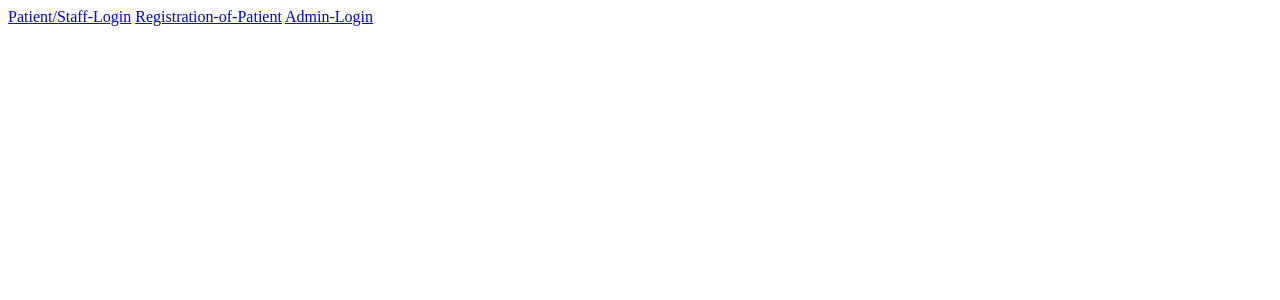
Repository: anujsoni10001/JSP-Servlet
Page: http://localhost/Minor/staff-patient.jsp
These files come from the project's save history. The page is drawn as it stood at one moment and after the next save; the edit follows.
The browser window is 1280 px wide. The pictures show the whole page.
The page is served by Tomcat 9. Other server files are loaded and not shown. Queries for data that is not in the repository find no rows.

Above is the page before, as saved 2019-03-23 05:21:22.

### FinalProject/minor - Copy/Minor/WebContent/staff-patient.jsp
<%
RequestDispatcher rd=request.getRequestDispatcher("");
rd.include(request,response);
%>

### FinalProject/minor - Copy/Minor/WebContent/index.html
<!DOCTYPE html>
<html>
<head>
<meta charset="ISO-8859-1">
<title>Insert title here</title>
</head>
<body>
<a href="Login.html">Patient/Staff-Login</a>
<a href="register.html">Registration-of-Patient</a>
<a href="adminlogin.html">Admin-Login</a>
</body>
</html>

### FinalProject/minor - Copy/Minor/WebContent/patientrecord.jsp
<%@page import="pp.RegisteredDao"%>
<%@ page language="java" contentType="text/html; charset=ISO-8859-1"
    pageEncoding="ISO-8859-1"%>
<!DOCTYPE html PUBLIC "-//W3C//DTD HTML 4.01 Transitional//EN" "http://www.w3.org/TR/html4/loose.dtd">
<html>
<head>
<meta http-equiv="Content-Type" content="text/html; charset=ISO-8859-1">
<title>Insert title here</title>
</head>
<h2>Patients Record..</h2>
<body>
<%
pp.RegisteredDao rd=new RegisteredDao();
java.util.ArrayList<pp.PatientAccountBean> a1=rd.ShowallPatient();
%>
<table border=1>
<tr>
<th>Account-Id</th>
<th>First-Name</th>
<th>Last-Name</th>
<th>Email</th>
<th>Telephone</th>
<th>Address</th>
</tr>
<%
for(pp.PatientAccountBean p:a1)
{
%>
<tr>
<td><%=p.getAccountId()%></td>
<td><%=p.getFirstName()%></td>
<td><%=p.getLastName()%></td>
<td><%=p.getEmail()%></td>
<td><%=p.getTelephone()%></td>
<td><%=p.getAddress()%></td>
<td><a href="staff-patient.jsp?a_id=<%=p.getAccountId()%>&fname=<%=p.getFirstName()%>&lname=<%=p.getLastName()%>&email=<%=p.getEmail()%>&telephone=<%=p.getTelephone()%>&address=<%=p.getAddress()%>">Update</a></td>
<td><a href="delete_patient.jsp?a_id=<%=p.getAccountId()%>">Delete</a></td>
</tr>
<%
}
%>
</table>
</body>
</html>

### FinalProject/minor - Copy/Minor/src/pp/RegisteredDao.java
package pp;
import java.sql.*;
import pp.PatientAccountBean;

public class RegisteredDao {
Connection con;
public Connection getConnect() throws ClassNotFoundException, SQLException
{
Class.forName("com.mysql.cj.jdbc.Driver");
con=DriverManager.getConnection("jdbc:mysql://localhost:3306/minor","root","root");
return con;
}
public java.util.ArrayList<PatientAccountBean> ShowPro(String email) throws ClassNotFoundException, SQLException
{
java.util.ArrayList<PatientAccountBean> a1=new java.util.ArrayList<pp.PatientAccountBean>();
con=getConnect();
String qr="select * from accounts where Email=?";
PreparedStatement ps=con.prepareStatement(qr);
ps.setString(1,email);
ResultSet rs=ps.executeQuery();
while(rs.next())
{
pp.PatientAccountBean p=new pp.PatientAccountBean();
p.setFirstName(rs.getString("FirstName"));
p.setLastName(rs.getString("LastName"));
p.setTelephone(rs.getString("Telephone"));
p.setAddress(rs.getString("Address"));
p.setAccountId(rs.getInt("AccountId"));
a1.add(p);
}
con.close();
return a1;
}
public int update(PatientAccountBean p) throws ClassNotFoundException, SQLException
{
int i=0;
con=getConnect();
///Remember Query///
//update table tablename -XXXX...//
//Wrong Syntax Putted...in the Mid-Sam-Exam//
String qr="update accounts set LastName=?,FirstName=?,Telephone=?,Address=? where Email=?";
PreparedStatement ps=con.prepareStatement(qr);
ps.setString(1,p.getLastName());
ps.setString(2,p.getFirstName());
ps.setString(3,p.getTelephone());
ps.setString(4,p.getAddress());
ps.setString(5,p.getEmail());
i=ps.executeUpdate();
con.close();
return i;
}
public java.util.ArrayList<Doctor> ShowPro() throws ClassNotFoundException, SQLException
{
java.util.ArrayList<Doctor> a1=new java.util.ArrayList<pp.Doctor>();
con=getConnect();
String qr="select * from doctor";
Statement st=con.createStatement();
ResultSet rs=st.executeQuery(qr);
while(rs.next())
{
pp.Doctor p=new pp.Doctor();
p.setDoctorId(rs.getInt("DoctorId"));
a1.add(p);
}
con.close();
return a1;
}
public java.util.ArrayList<Doctor> ShowPro(int id) throws ClassNotFoundException, SQLException
{
java.util.ArrayList<Doctor> a1=new java.util.ArrayList<pp.Doctor>();
con=getConnect();
String qr="select * from doctor,specialty,hospital where doctor.SpecialtyId=specialty.SpecialtyId and DoctorId=? and doctor.HospitalId=hospital.HospitalId";
PreparedStatement ps=con.prepareStatement(qr);
ps.setInt(1,id);
ResultSet rs=ps.executeQuery();
while(rs.next())
{
pp.Doctor p=new pp.Doctor();
p.setDcotorName(rs.getString("DcotorName"));
p.setDescription(rs.getString("Description"));
p.setHospitalName(rs.getString("HospitalName"));
p.setHospitalId(rs.getString("HospitalId"));
p.setYearOfExperience(rs.getInt("YearOfExperience"));
a1.add(p);
}
con.close();
return a1;
}
public int addPro(pp.Appointment a) throws ClassNotFoundException, SQLException
{
int i=0;
con=getConnect();
 ///Remember Query///
//insert table tablename -XXXX...Wrong//
//Wrong Syntax Putted...in the Mid-Sam-Exam//
String qr="insert into Appointment(DoctorId,HospitalId,Date,BookedbyAccountId,Status) values(?,?,?,?,?)";
PreparedStatement ps=con.prepareStatement(qr);
ps.setString(1,a.getDoctorId());
ps.setString(2,a.getHospitalId());
ps.setString(3,a.getDate());
ps.setInt(4,a.getAppointmentId());
ps.setString(5,a.getStatus());
i=ps.executeUpdate();
con.close();
return i;
}
public java.util.ArrayList<pp.Appointment> ShowAppoint(int bbyid) throws ClassNotFoundException, SQLException
{
java.util.ArrayList<pp.Appointment> a1=new java.util.ArrayList<pp.Appointment>();
con=getConnect();
String qr="select * from Appointment,doctor,Accounts,Hospital where Appointment.DoctorId=doctor.DoctorId and AccountId=BookedByAccountId and doctor.HospitalId=Hospital.HospitalId and BookedbyAccountId=?";
PreparedStatement ps=con.prepareStatement(qr);
ps.setInt(1,bbyid);
ResultSet rs=ps.executeQuery();
while(rs.next())
{
pp.Appointment a=new Appointment();
a.setAppointmentId(rs.getInt("AppointmentId"));
a.setHospitalName(rs.getString("HospitalName"));
a.setDoctorName(rs.getString("DcotorName"));
a.setDate(rs.getString("Date"));
a.setStatus(rs.getString("Status"));
a.setChargesRM(rs.getDouble("ChargesRM"));
a1.add(a);
}
con.close();
return a1;
}
public int updateAppoint(pp.Appointment a) throws ClassNotFoundException, SQLException
{
int i=0;
con=getConnect();
///Remember Query///
//update table tablename -XXXX...//
//Wrong Syntax Putted...in the Mid-Sam-Exam//
String qr="update appointment set DoctorId=?,HospitalId=?,Date=?,BookedbyAccountId=? where AppointmentId=?";
PreparedStatement ps=con.prepareStatement(qr);
ps.setString(1,a.getDoctorId());
ps.setString(2,a.getHospitalId());
ps.setString(3,a.getDate());
ps.setInt(4,a.getBookedbyAccountId());
ps.setInt(5,a.getAppointmentId());
i=ps.executeUpdate();
con.close();
return i;
}
public int delete(Appointment a) throws ClassNotFoundException, SQLException
{
int i=0;
con=getConnect();
///Remember Query///
//delete table tablename -XXXX...Wrong//
//Wrong Syntax Putted...in the Mid-Sam-Exam//
String qr="delete from Appointment where AppointmentId=?";
PreparedStatement ps=con.prepareStatement(qr);
ps.setInt(1,a.getAppointmentId());
i=ps.executeUpdate();
con.close();
return i;
}
public boolean VerifyCard(Creditcard c) throws ClassNotFoundException, SQLException
{
con=getConnect();
String qr="select * from creditcard where CardNo=? and ExpiryDate=? and SecurityCode=? and CardType=?";

PreparedStatement ps=con.prepareStatement(qr);
ps.setString(1,c.getCardNo());
ps.setString(2,c.getExpiryDate());
ps.setString(3,c.getSecurityCode());
ps.setString(4,c.getCardType());
ResultSet rs=ps.executeQuery();
if(rs.next())
{
con.close();
return true;
}
else
{
con.close();
return false;
}
}
public int updateAppointStatus(pp.Appointment a) throws ClassNotFoundException, SQLException
{
int i=0;
con=getConnect();
///Remember Query///
//update table tablename -XXXX...//
//Wrong Syntax Putted...in the Mid-Sam-Exam//
String qr="update appointment set Status=? where AppointmentId=?";
PreparedStatement ps=con.prepareStatement(qr);
ps.setString(1,a.getStatus());
ps.setInt(2,a.getAppointmentId());
i=ps.executeUpdate();
con.close();
return i;
}
public java.util.ArrayList<pp.Appointment> ShowCompletedAppoint(int bbyid) throws ClassNotFoundException, SQLException
{
java.util.ArrayList<pp.Appointment> a1=new java.util.ArrayList<pp.Appointment>();
con=getConnect();
String qr="select * from Appointment,doctor,Accounts,Hospital where Appointment.DoctorId=doctor.DoctorId and AccountId=BookedByAccountId and doctor.HospitalId=Hospital.HospitalId and BookedbyAccountId=? and Status='Completed'";
PreparedStatement ps=con.prepareStatement(qr);
ps.setInt(1,bbyid);
ResultSet rs=ps.executeQuery();
while(rs.next())
{
pp.Appointment a=new Appointment();
a.setAppointmentId(rs.getInt("AppointmentId"));
a.setHospitalName(rs.getString("HospitalName"));
a.setDoctorName(rs.getString("DcotorName"));
a.setDate(rs.getString("Date"));
a.setStatus(rs.getString("Status"));
a.setChargesRM(rs.getDouble("ChargesRM"));
a1.add(a);
}
con.close();
return a1;
}
public int addPro(pp.Rating r) throws ClassNotFoundException, SQLException
{
int i=0;
con=getConnect();
 ///Remember Query///
//insert table tablename -XXXX...Wrong//
//Wrong Syntax Putted...in the Mid-Sam-Exam//
String qr="insert into rating values(?,?)";
PreparedStatement ps=con.prepareStatement(qr);
ps.setString(1,r.getAppointmentId());
ps.setInt(2,r.getConsultationRating());
i=ps.executeUpdate();
con.close();
return i;
}
public java.util.ArrayList<pp.Hospital> ShowHospital() throws ClassNotFoundException, SQLException
{
java.util.ArrayList<Hospital> a1=new java.util.ArrayList<pp.Hospital>();
con=getConnect();
String qr="select * from hospital";
Statement st=con.createStatement();
ResultSet rs=st.executeQuery(qr);
while(rs.next())
{
pp.Hospital h=new pp.Hospital();
h.setHospitalName(rs.getString("HospitalName"));
a1.add(h);
}
con.close();
return a1;
}
public java.util.ArrayList<pp.Hospital> ShowHospitalId(String HospitalName) throws ClassNotFoundException, SQLException
{
java.util.ArrayList<Hospital> a1=new java.util.ArrayList<pp.Hospital>();
con=getConnect();
String qr="select * from hospital where HospitalName=?";
PreparedStatement ps=con.prepareStatement(qr);
ps.setString(1,HospitalName);
ResultSet rs=ps.executeQuery();
while(rs.next())
{
pp.Hospital h=new pp.Hospital();
h.setHospitalId(rs.getString("HospitalId"));
a1.add(h);
}
con.close();
return a1;
}
public int addStaff(pp.Staff s) throws ClassNotFoundException, SQLException
{
int i=0;
con=getConnect();
 ///Remember Query///
//insert table tablename -XXXX...Wrong//
//Wrong Syntax Putted...in the Mid-Sam-Exam//
String qr="insert into staff values(?,?,?,?,?,?,?,?,?,?)";
PreparedStatement ps=con.prepareStatement(qr);
ps.setInt(1,s.getStaffId());
ps.setString(2,s.getEmail());
ps.setString(3,s.getPassword());
ps.setString(4,s.getFirstName());
ps.setString(5,s.getLastName());
ps.setString(6,s.getICNumber());
ps.setString(7,s.getTelephone());
ps.setString(8,s.getAddress());
ps.setString(9,s.getPosition());
ps.setString(10,s.getHospitalId());
i=ps.executeUpdate();
con.close();
return i;
}
public java.util.ArrayList<PatientAccountBean> ShowallPatient() throws ClassNotFoundException, SQLException
{
java.util.ArrayList<PatientAccountBean> a1=new java.util.ArrayList<pp.PatientAccountBean>();
con=getConnect();
String qr="select * from accounts";
Statement st=con.createStatement();
ResultSet rs=st.executeQuery(qr);
while(rs.next())
{
pp.PatientAccountBean p=new pp.PatientAccountBean();
p.setFirstName(rs.getString("FirstName"));
p.setLastName(rs.getString("LastName"));
p.setTelephone(rs.getString("Telephone"));
p.setAddress(rs.getString("Address"));
p.setAccountId(rs.getInt("AccountId"));
p.setEmail(rs.getString("Email"));
a1.add(p);
}
con.close();
return a1;
}
public int updateStaffPatient(PatientAccountBean p) throws ClassNotFoundException, SQLException
{
int i=0;
con=getConnect();
///Remember Query///
//update table tablename -XXXX...//
//Wrong Syntax Putted...in the Mid-Sam-Exam//
String qr="update accounts set LastName=?,FirstName=?,Telephone=?,Address=?,Email=? where AccountId=?";
PreparedStatement ps=con.prepareStatement(qr);
ps.setString(1,p.getLastName());
ps.setString(2,p.getFirstName());
ps.setString(3,p.getTelephone());
ps.setString(4,p.getAddress());
ps.setString(5,p.getEmail());
i=ps.executeUpdate();
con.close();
return i;
}
}

After the next save:
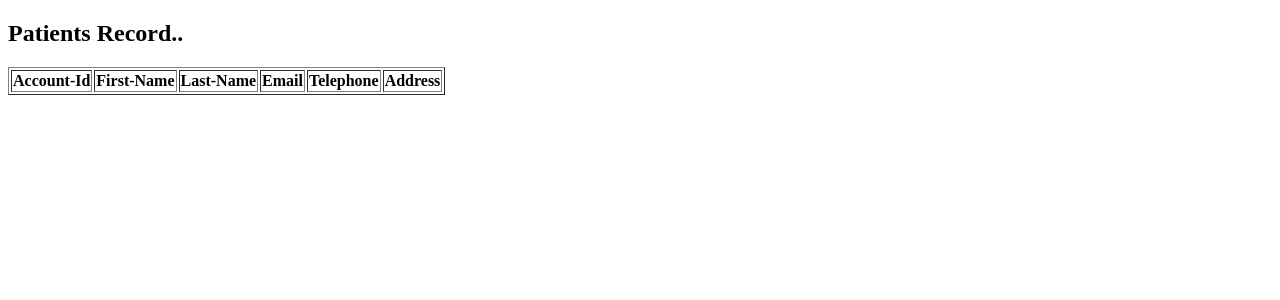
Saved 29 s later.
--- a/FinalProject/minor - Copy/Minor/WebContent/staff-patient.jsp
+++ b/FinalProject/minor - Copy/Minor/WebContent/staff-patient.jsp
@@ -1,4 +1,5 @@
 <%
-RequestDispatcher rd=request.getRequestDispatcher("");
+RequestDispatcher rd=request.getRequestDispatcher("patientrecord.jsp");
 rd.include(request,response);
+
 %>
